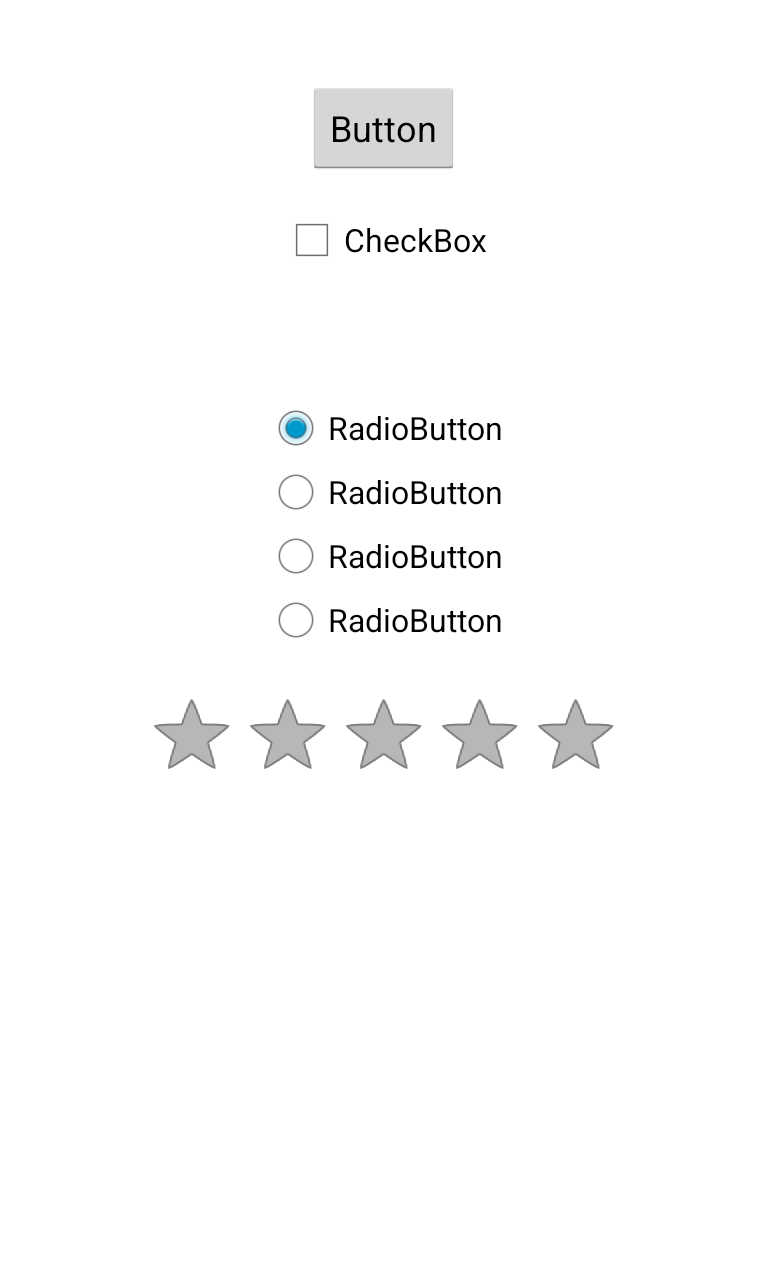
Repository: derspatero/workspace
Layout: WidgetsExample/res/layout/activity_main.xml
These files come from the project's save history. The layout is drawn as it stood at one moment and after the next save; the edit follows.
It is drawn on a 768 x 1280 px phone screen (xhdpi) without system bars, with theme AppTheme; the app's code is not run.

Above is the layout before, as saved 2014-10-18 18:40:07.

### WidgetsExample/res/layout/activity_main.xml
<ScrollView xmlns:tools="http://schemas.android.com/tools"
    xmlns:android="http://schemas.android.com/apk/res/android"
    android:id="@+id/ScrollView1"
    android:layout_width="match_parent"
    android:layout_height="match_parent"
    android:fadeScrollbars="false"
    android:paddingBottom="@dimen/activity_vertical_margin"
    android:paddingLeft="@dimen/activity_horizontal_margin"
    android:paddingRight="@dimen/activity_horizontal_margin"
    android:paddingTop="@dimen/activity_vertical_margin"
    tools:context="ca.bcit.comp2052.widgetsexample.MainActivity" >

    <RelativeLayout
        android:layout_width="match_parent"
        android:layout_height="430dp" >

        <Button
            android:id="@+id/button1"
            android:layout_width="wrap_content"
            android:layout_height="wrap_content"
            android:layout_alignParentTop="true"
            android:layout_centerHorizontal="true"
            android:layout_marginTop="24dp"
            android:text="Button" />

        <RadioGroup
            android:id="@+id/radioGroup1"
            android:layout_width="wrap_content"
            android:layout_height="wrap_content"
            android:layout_below="@+id/checkBox1"
            android:layout_centerHorizontal="true"
            android:layout_marginTop="62dp" >

            <RadioButton
                android:id="@+id/radio0"
                android:layout_width="wrap_content"
                android:layout_height="wrap_content"
                android:checked="true"
                android:text="RadioButton" />

            <RadioButton
                android:id="@+id/radio1"
                android:layout_width="wrap_content"
                android:layout_height="wrap_content"
                android:text="RadioButton" />

            <RadioButton
                android:id="@+id/radio2"
                android:layout_width="wrap_content"
                android:layout_height="wrap_content"
                android:text="RadioButton" />

            <RadioButton
                android:id="@+id/radio3"
                android:layout_width="wrap_content"
                android:layout_height="wrap_content"
                android:text="RadioButton" />

        </RadioGroup>

        <RatingBar
            android:id="@+id/ratingBar1"
            android:layout_width="wrap_content"
            android:layout_height="wrap_content"
            android:layout_below="@+id/radioGroup1"
            android:layout_centerHorizontal="true"
            android:layout_marginTop="17dp" />

        <CheckBox
            android:id="@+id/checkBox1"
            android:layout_width="wrap_content"
            android:layout_height="wrap_content"
            android:layout_below="@+id/button1"
            android:layout_centerHorizontal="true"
            android:layout_marginTop="16dp"
            android:text="CheckBox" />

    </RelativeLayout>

</ScrollView>

Loaded but not shown: WidgetsExample/res/values/styles.xml (common file); WidgetsExample/res/values-v11/styles.xml (common file); WidgetsExample/res/values-v14/styles.xml (common file); WidgetsExample/res/values/dimens.xml (common file); WidgetsExample/res/values-w820dp/dimens.xml (common file)

After the next save:
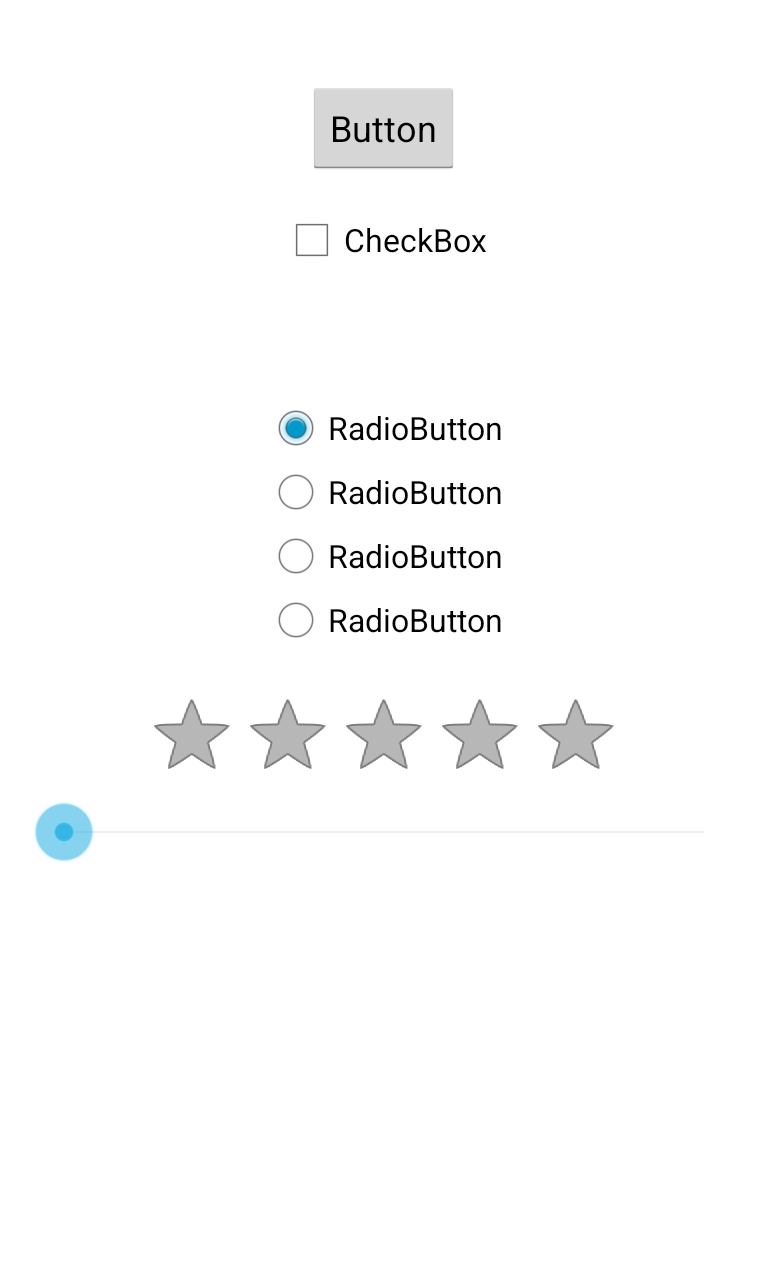
Saved 2 min 20 s later.
--- a/WidgetsExample/res/layout/activity_main.xml
+++ b/WidgetsExample/res/layout/activity_main.xml
@@ -12,7 +12,7 @@
 
     <RelativeLayout
         android:layout_width="match_parent"
-        android:layout_height="430dp" >
+        android:layout_height="537dp" >
 
         <Button
             android:id="@+id/button1"
@@ -75,6 +75,13 @@
             android:layout_marginTop="16dp"
             android:text="CheckBox" />
 
+        <SeekBar
+            android:id="@+id/seekBar1"
+            android:layout_width="match_parent"
+            android:layout_height="wrap_content"
+            android:layout_alignParentLeft="true"
+            android:layout_below="@+id/ratingBar1" />
+
     </RelativeLayout>
 
 </ScrollView>
